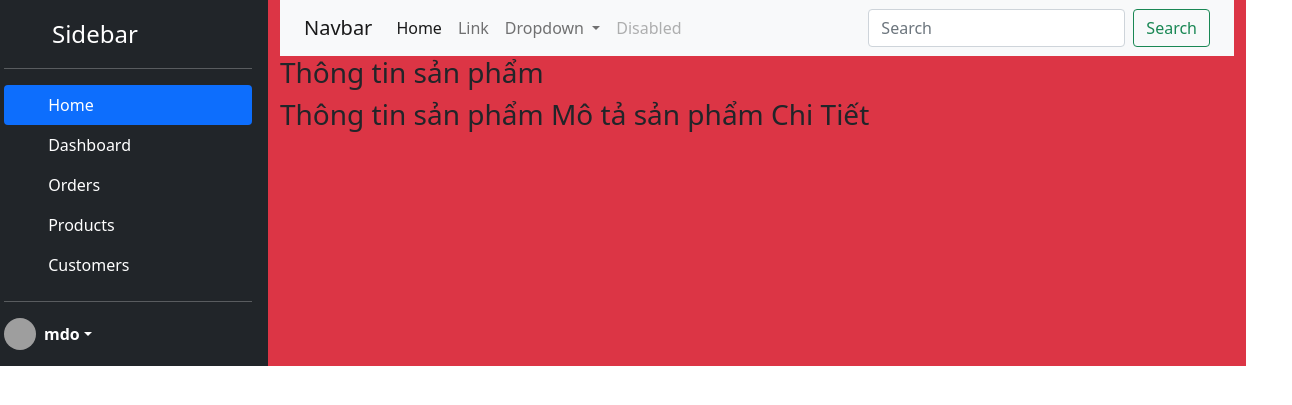
Repository: Lehuyhuynh/BT12-BOOTSTRAP
Page: index.html
These files come from the project's save history. The page is drawn as it stood at one moment and after a run of saves; the edit follows.
The browser window is 1280 px wide. The page is 1292 px wide, so the pictures cover 1292 px, including what lies to the right of the window. The pictures show the whole page.
Pictures or frames that could not be fetched are drawn as grey boxes.

Above is the page before, as saved 2023-08-19 22:14:13.

After the next 2 saves:
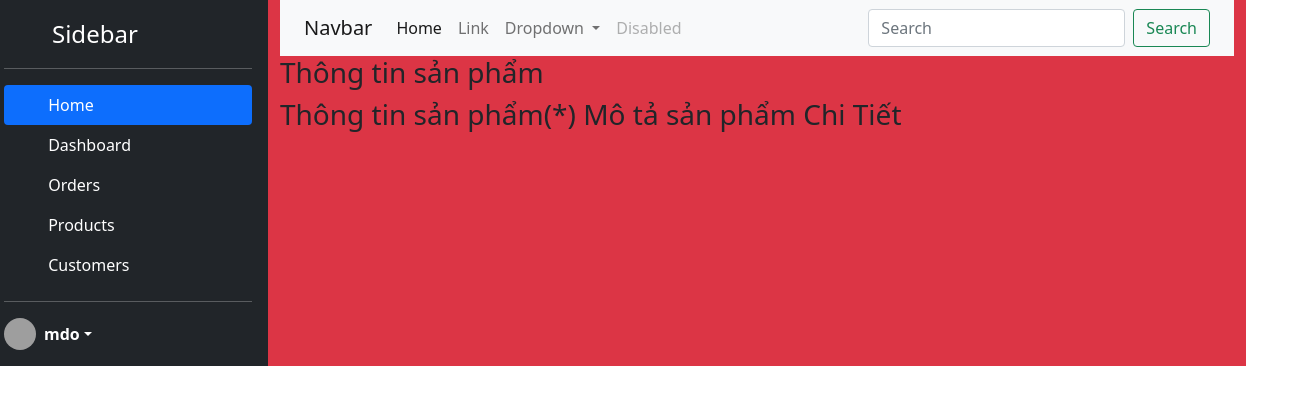
The 2 saves are shown as one change because they came seconds apart.
The last was saved 7 s later.
--- a/index.html
+++ b/index.html
@@ -106,7 +106,7 @@
 
             <div class="product">
 
-              <span>Thông tin sản phẩm</span>
+              <span>Thông tin sản phẩm(*)</span>
 
               <span>Mô tả sản phẩm</span>
 
